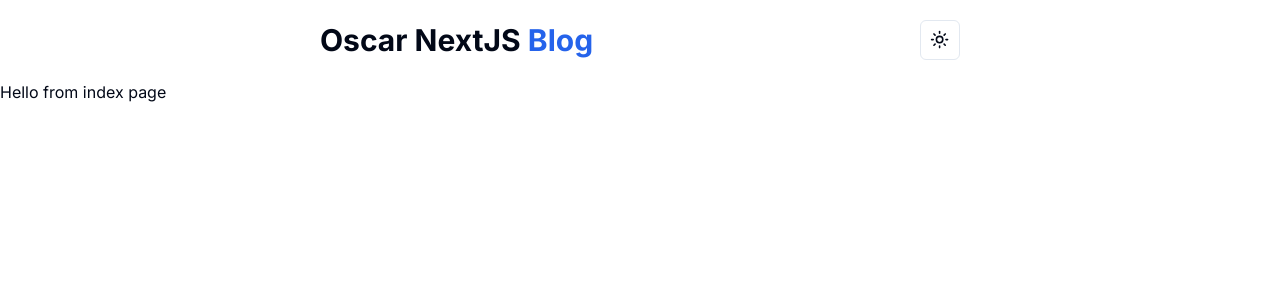
Repository: OscarXS/nextjs14-blog-1
Page: /
These files come from the project's save history. The page is drawn as it stood at one moment and after a run of saves; the edit follows.
The browser window is 1280 px wide. The pictures show the whole page.
The project was rebuilt for these pictures with package versions that can differ from the ones it lists, and the page was loaded fresh each time. The framework's server and built-in components were replaced by stand-ins that run in the browser. Also part of the build but not shown: next.config.js, next.config.mjs.

Above is the page before, as saved 2024-02-10 21:06:11.

After the next 4 saves:
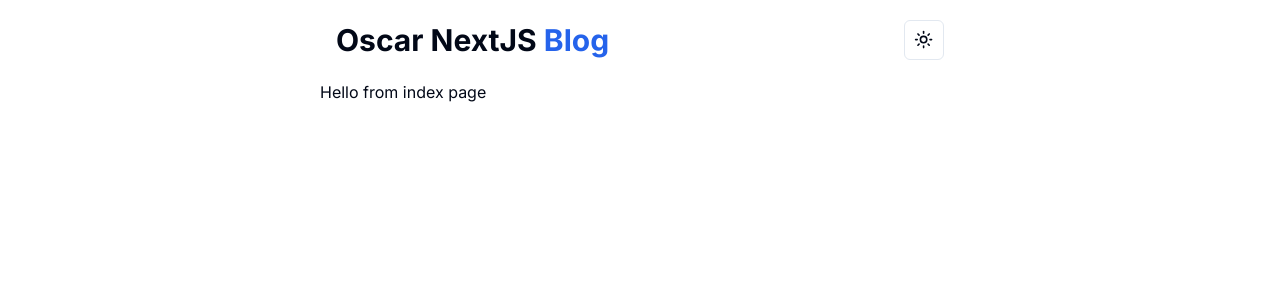
The 4 saves are shown as one change because they came seconds apart.
The last was saved 10 s later.
--- a/app/layout.tsx
+++ b/app/layout.tsx
@@ -24,9 +24,8 @@
             enableSystem
             disableTransitionOnChange
           >
-            <main>
-
-          {children}
+            <main className="mx-auto max-w-2xl px-4">
+              {children}
             </main>
         </ThemeProvider>
       </body>
